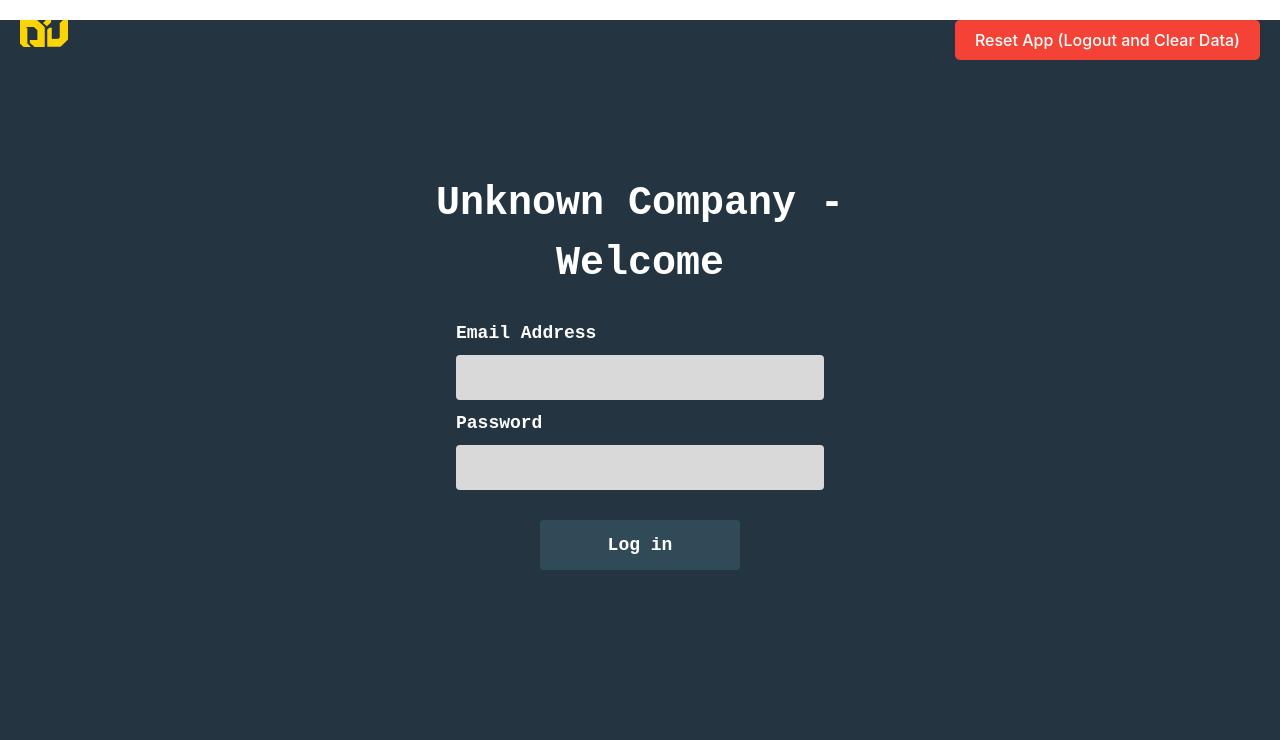
Repository: legendcode1/aml-sigma-SECOND-Reincarnation
Page: /main (app in parrot-aml/)
These files come from the project's save history. The page is drawn as it stood at one moment and after the next save; the edit follows.
The browser window is 1280 px wide. The pictures show the whole page.
The page's requests for data from a server got no answer. The project was rebuilt for these pictures with package versions that can differ from the ones it lists, and the page was loaded fresh each time. No one was signed in, and anything a server would have sent is missing. Also part of the build but not shown: parrot-aml/vite.config.js, parrot-aml/src/StyleSheet/LeftBar.css, parrot-aml/src/Component/LeftBar.jsx, parrot-aml/src/StyleSheet/MainInterface.css, parrot-aml/src/StyleSheet/ChatBot.css, parrot-aml/src/StyleSheet/NewReport.css, parrot-aml/src/Component/NewReport.jsx, parrot-aml/src/StyleSheet/SearchResult.css and 6 more.

Above is the page before, as saved 2025-01-19 02:26:49.

After the next save:
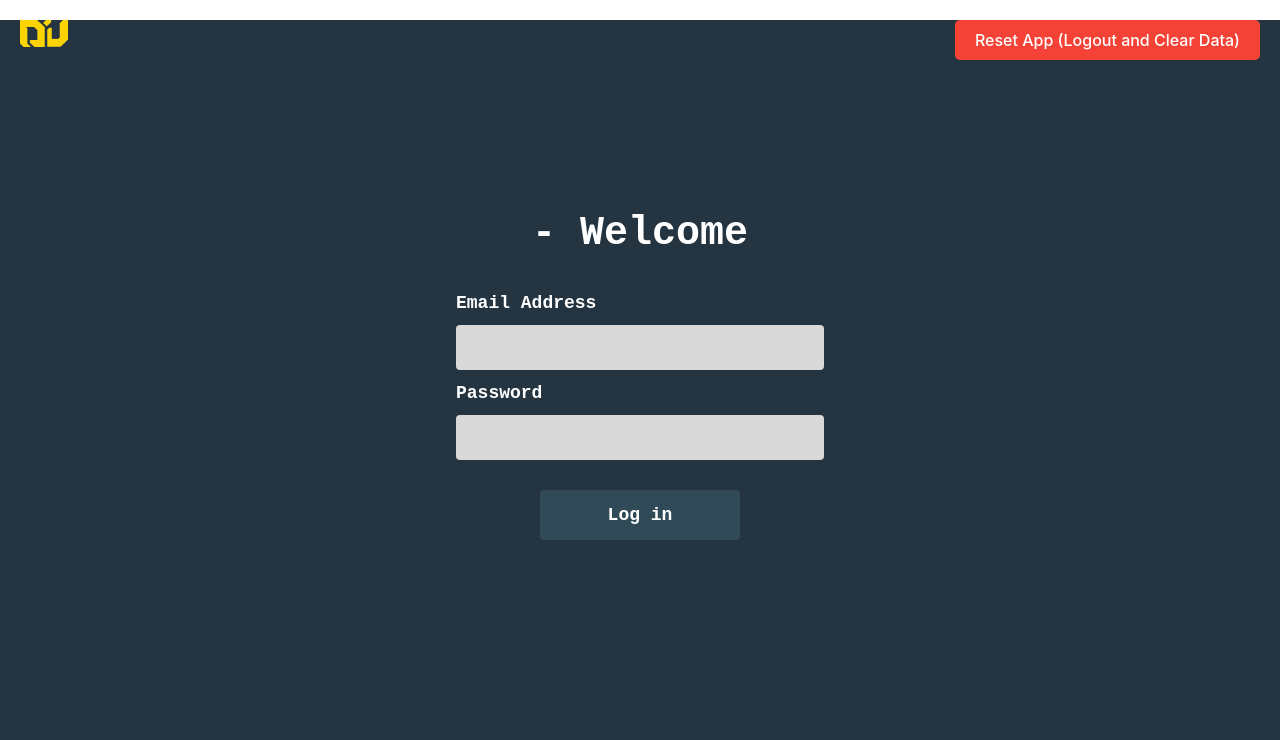
Saved 19 s later.
--- a/parrot-aml/src/login system/LoginPage.jsx
+++ b/parrot-aml/src/login system/LoginPage.jsx
@@ -1,22 +1,31 @@
-// src/Component/LoginPage.jsx
 import React, { useState } from 'react';
 import { loginUser } from '../auth/auth'; // Import the login function
 import { useNavigate } from 'react-router-dom';
 import './LoginPage.css'; // Import the CSS file
 
-const LoginPage = ({ companyName }) => {
+const LoginPage = () => {
   const [email, setEmail] = useState('');
   const [password, setPassword] = useState('');
   const [error, setError] = useState('');
+  const [companyName, setCompanyName] = useState(''); // Store company name
   const navigate = useNavigate();
 
   const handleLogin = async (e) => {
     e.preventDefault(); // Prevent the form from reloading the page
 
     try {
-      const user = await loginUser(email, password); // Log in the user
+      const { user, userData, companyData } = await loginUser(email, password); // Log in the user
       console.log('User logged in:', user);
-      navigate('/main'); // Redirect to the main page after login
+
+      // Set the company name after login
+      setCompanyName(companyData['name'] || 'Unknown');
+
+      // Store minimal data in localStorage
+      localStorage.setItem('user_id', user.uid); // Store user ID
+      localStorage.setItem('company_name', companyData['name'] || 'Unknown'); // Store company name if available
+
+      // Redirect to the main page after login
+      navigate('/main');
     } catch (err) {
       setError(err.message); // Display error message if login fails
     }
